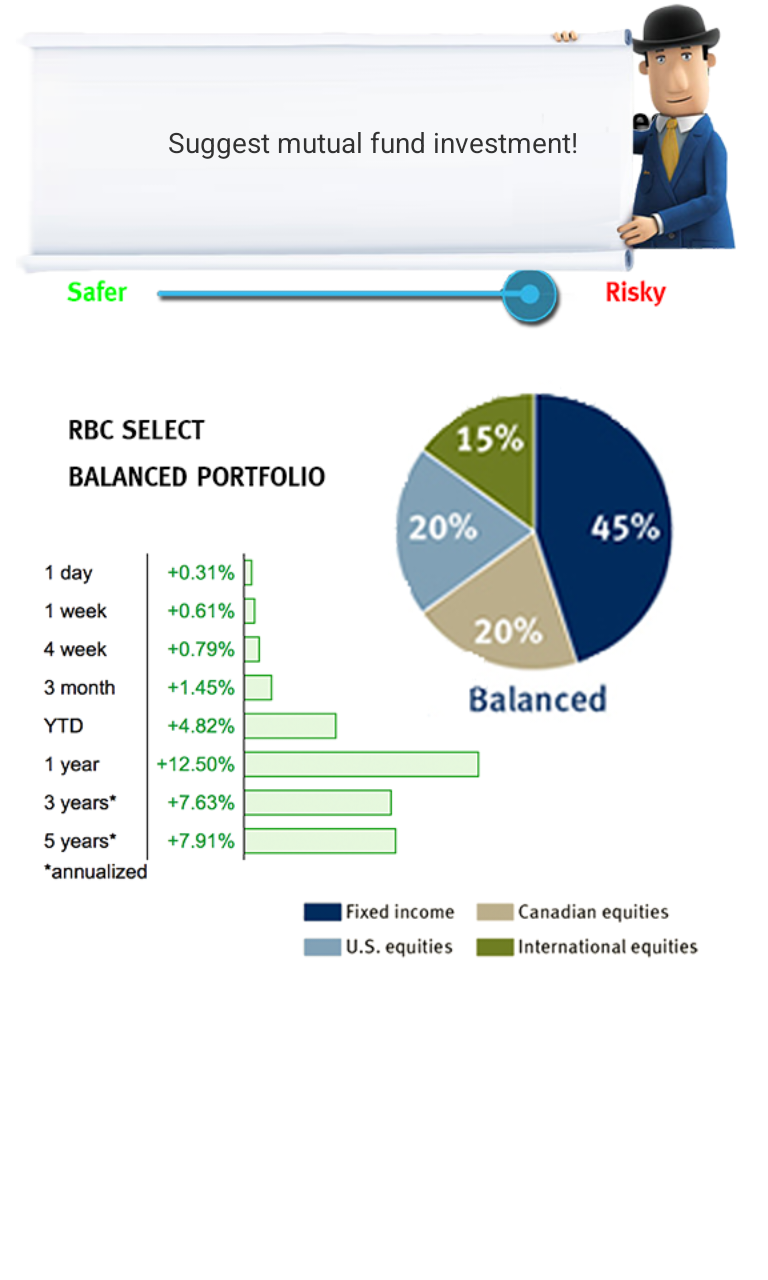
Repository: derek-zhan/RBCPrototypeChallenge
Layout: RBCPrototype/res/layout/fragment_investment.xml
The author's editor kept a copy of each file at every save. The layout is drawn from the files as they stood at one save, then again after the next save.
It is drawn on a 768 x 1280 px phone screen (xhdpi) without system bars, with theme AppTheme; the app's code is not run.

Above is the layout before, as saved 2014-06-07 04:23:50.

### RBCPrototype/res/layout/fragment_investment.xml
<?xml version="1.0" encoding="utf-8"?>
<RelativeLayout xmlns:android="http://schemas.android.com/apk/res/android"
    android:layout_width="match_parent"
    android:layout_height="match_parent"
    android:orientation="vertical" >


    <ImageView
        android:layout_width="wrap_content"
        android:layout_height="wrap_content"
    	android:src="@drawable/s7"
	/>

    <TextView
        android:layout_width="wrap_content"
        android:layout_height="wrap_content"
        android:background="@drawable/suggestion_arbie_small"

        android:gravity="center"
        android:text="Suggest mutual fund investment!" />

</RelativeLayout>

Loaded but not shown: RBCPrototype/res/values/styles.xml (common file); RBCPrototype/res/values-v11/styles.xml (common file); RBCPrototype/res/values-v14/styles.xml (common file)

After the next save:
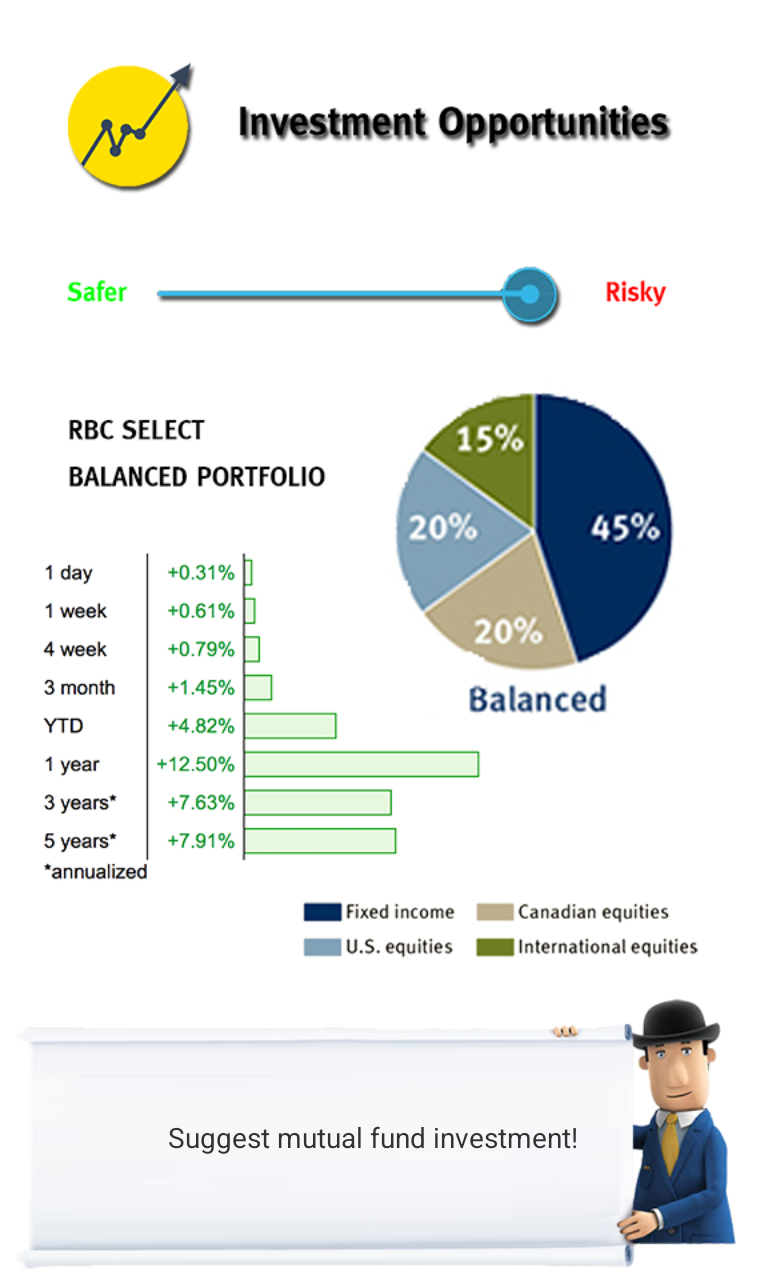
Saved 71 s later.
--- a/RBCPrototype/res/layout/fragment_investment.xml
+++ b/RBCPrototype/res/layout/fragment_investment.xml
@@ -14,8 +14,9 @@
     <TextView
         android:layout_width="wrap_content"
         android:layout_height="wrap_content"
+        android:layout_alignParentBottom="true"
+        android:layout_alignParentLeft="true"
         android:background="@drawable/suggestion_arbie_small"
-
         android:gravity="center"
         android:text="Suggest mutual fund investment!" />
 
